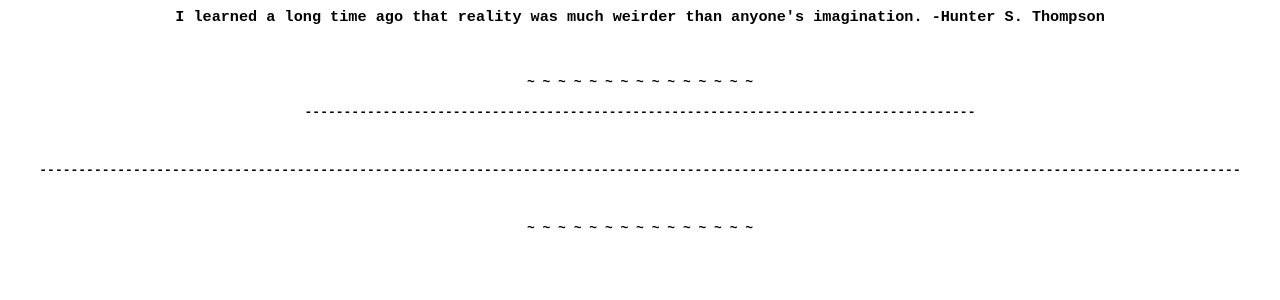
Repository: penas326/penas326.github.io
Page: composition/index.html
The author's editor kept a record of every edit. The page is drawn from the files as they stood at one moment, then again after the next edit.
The browser window is 1280 px wide. The pictures show the whole page.

Above is the page before.

After the next edit:
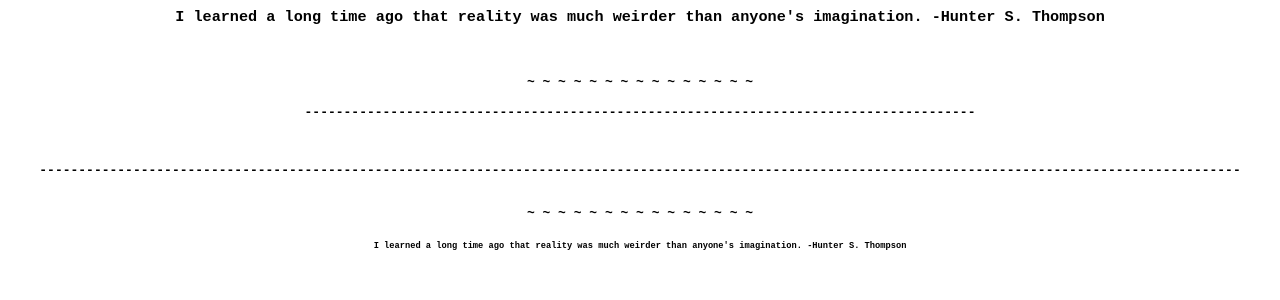
The edit:
--- a/composition/index.html
+++ b/composition/index.html
@@ -14,9 +14,10 @@
         <br>
         <h3 align="center"></h3><code>----------------------------------------------------------------------------------------------------------------------------------------------------------</p>
         <br>
-        <br>
         <strong>~ ~ ~ ~ ~ ~ ~ ~ ~ ~ ~ ~ ~ ~ ~</strong>
         </center>
+         </head>
+        <strong><h6 align="center"><code>I learned a long time ago that reality was much weirder than anyone's imagination. -Hunter S. Thompson</h6>
     </body>
 
 </html>
